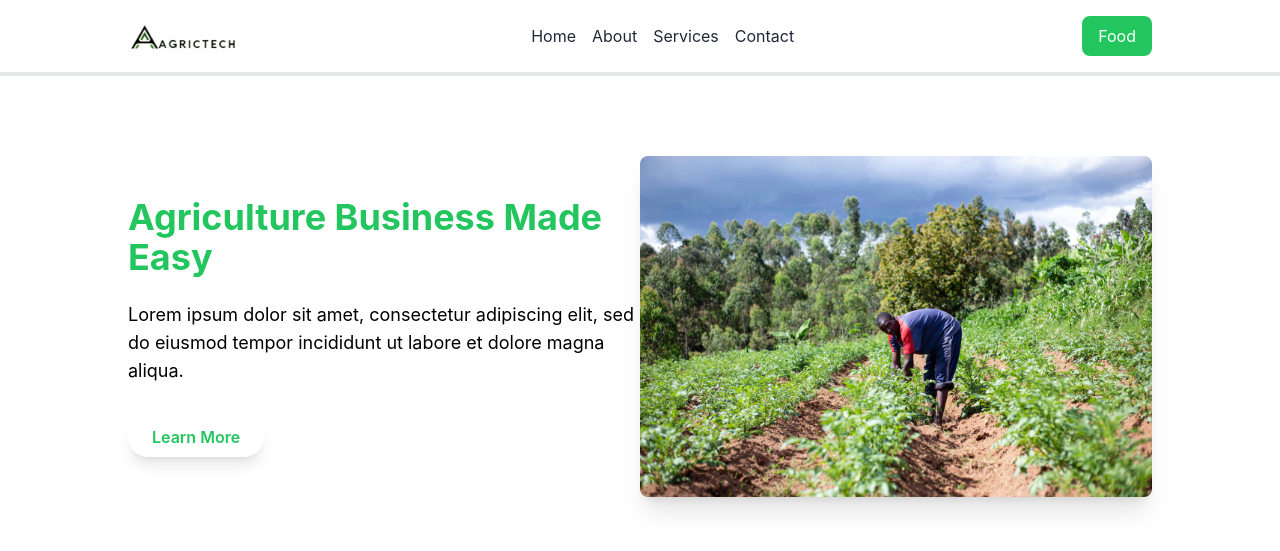
Repository: akinolapo/agric-tech
Page: /
An editor plug-in stored every save of this project. The page is shown before and after the next save, followed by the edit.
The browser window is 1280 px wide. The pictures show the whole page.
The project was rebuilt for these pictures with package versions that can differ from the ones it lists, and the page was loaded fresh each time.

Above is the page before, as saved 2023-05-27 00:15:53.

After the next save:
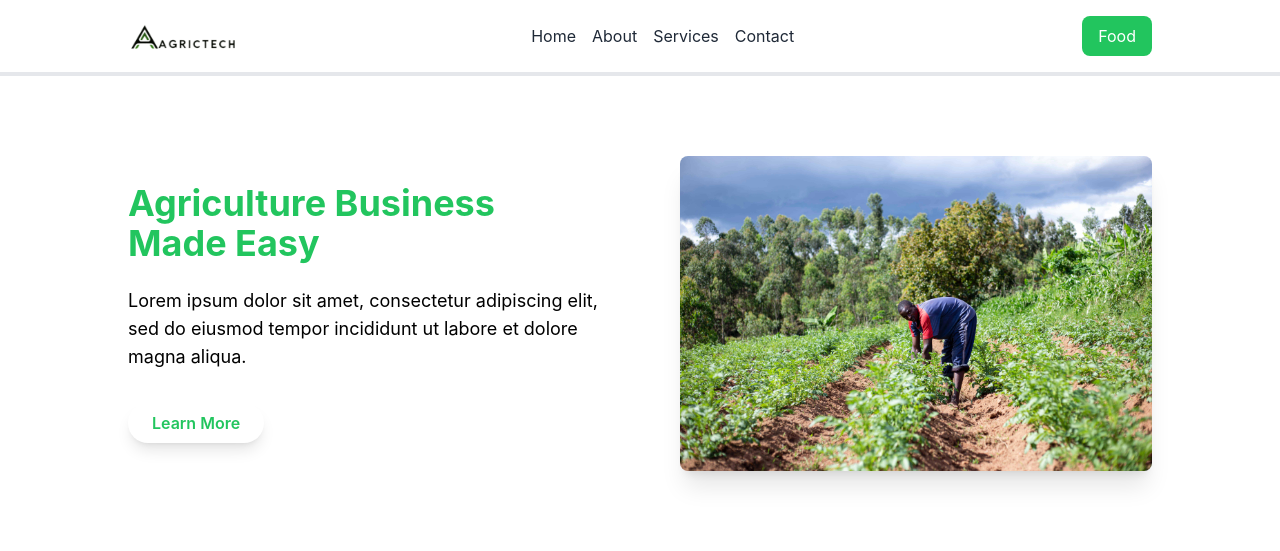
Saved 6 s later.
--- a/src/components/Hero.jsx
+++ b/src/components/Hero.jsx
@@ -3,7 +3,7 @@
 const Hero = () => {
   return (
     <section className="bg-white text-black py-20 px-5 sm:px-32">
-      <div className="container mx-auto flex flex-col lg:flex-row items-center gap">
+      <div className="container mx-auto flex flex-col lg:flex-row items-center gap-20">
         <div className="lg:w-1/2">
           <h1 className="text-4xl font-bold mb-6 text-green-500">Agriculture Business Made Easy</h1>
           <p className="text-lg mb-8">Lorem ipsum dolor sit amet, consectetur adipiscing elit, sed do eiusmod tempor incididunt ut labore et dolore magna aliqua.</p>

After the save that followed:
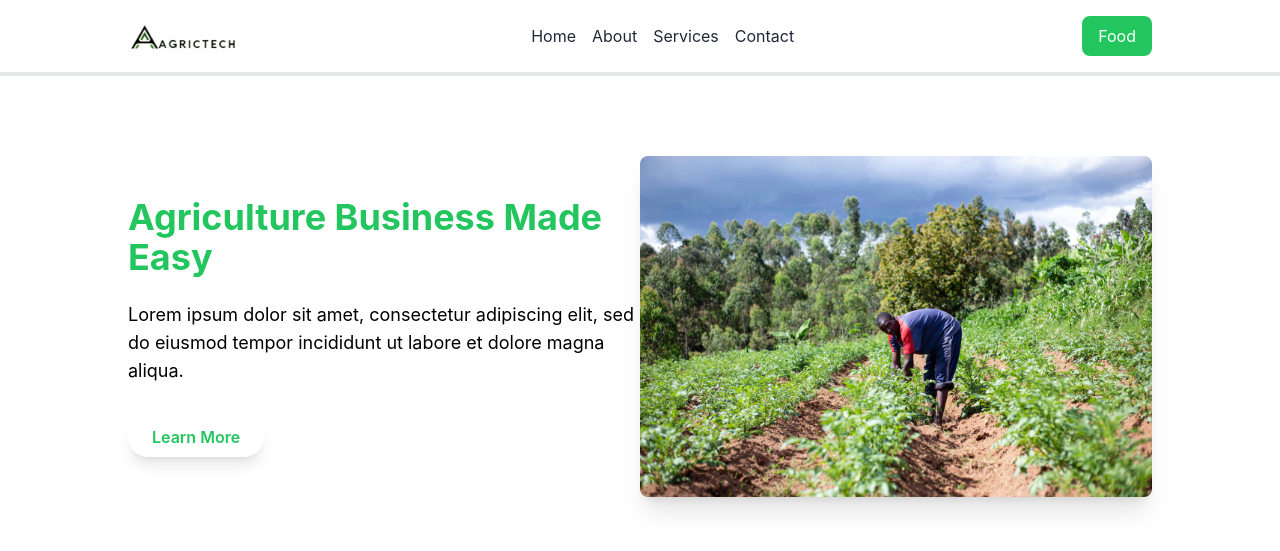
Saved 12 s later.
--- a/src/components/Hero.jsx
+++ b/src/components/Hero.jsx
@@ -3,7 +3,7 @@
 const Hero = () => {
   return (
     <section className="bg-white text-black py-20 px-5 sm:px-32">
-      <div className="container mx-auto flex flex-col lg:flex-row items-center gap-20">
+      <div className="container mx-auto flex flex-col lg:flex-row items-center gap-30">
         <div className="lg:w-1/2">
           <h1 className="text-4xl font-bold mb-6 text-green-500">Agriculture Business Made Easy</h1>
           <p className="text-lg mb-8">Lorem ipsum dolor sit amet, consectetur adipiscing elit, sed do eiusmod tempor incididunt ut labore et dolore magna aliqua.</p>
